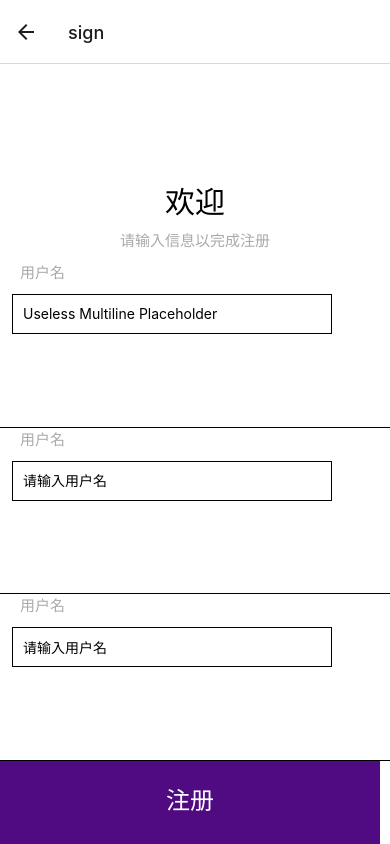
Repository: eyebone/barManager
Page: /sign
An editor plug-in stored every save of this project. The page is shown before and after the next save, followed by the edit.
The browser window is 390 px wide. The pictures show the whole page.
The app was drawn by React Native's web renderer in a window 390 px wide. The project was rebuilt for these pictures with package versions that can differ from the ones it lists, and the page was loaded fresh each time. Also part of the build but not shown: components/EmojiPicker.js, components/Button.js, components/ImageViewer.js, components/circleButton.js, components/IconButton.js, view/ViewOne.js.

Above is the page before, as saved 2023-06-26 10:31:04.

### App.js
// In App.js in a new project

import * as React from 'react';
import { Button, View, Text } from 'react-native';
import { NavigationContainer } from '@react-navigation/native';
import { createNativeStackNavigator } from '@react-navigation/native-stack';
import { ViewOne } from './view/ViewOne';
import { SignView } from './view/Sign';
//
function HomeScreen({ navigation }) {
  return (
    <View style={{ flex: 1, alignItems: 'center', justifyContent: 'center' }}>
      <Text>Home Screen</Text>
      <Button
        title="Go to Details"
        onPress={() => navigation.navigate('test')}
      />
      <Button
              title="Go to Sign"
              onPress={() => navigation.navigate('sign')}
            />
    </View>
  );
}

function DetailsScreen() {
  return (
    <View style={{ flex: 1, alignItems: 'center', justifyContent: 'center' }}>
      <Text>Details Screen</Text>
    </View>
  );
}

const Stack = createNativeStackNavigator();

function App() {
  return (
    <NavigationContainer>
      <Stack.Navigator>
        <Stack.Screen name="Home"
        component={HomeScreen} />
         <Stack.Screen name="test"
          component={ViewOne} />
          <Stack.Screen name="sign"
                    component={SignView} />
        </Stack.Navigator>
    </NavigationContainer>
  );
}

export default App;

### view/Sign.js
import { StatusBar } from "expo-status-bar";
import { StyleSheet, View, Text } from "react-native";
import Button from "../components/Button";
import ImageViewer from "../components/ImageViewer";
import * as ImagePicker from "expo-image-picker";
import { useState } from "react";
const PlaceholderImage = require("../assets/images/background-image.png");
import * as React from "react";
import {
  FlatList,
  Image,
  Platform,
  Pressable,
  PixelRatio,
  TextInput,
} from "react-native";

//import {Text } from 'react-native';

export function SignView() {
  const [value, onChangeText] = React.useState("Useless Multiline Placeholder");

  return (
    <View style={styles.container}>
      {/* <Image source={require("../assets/bar/Back.png")} /> */}
      <View style={styles.welcomeContainer}>
        <Text style={styles.welcomeText} numberOfLines={1}>
          欢迎
        </Text>
        <Text style={styles.infoText}>请输入信息以完成注册</Text>
      </View>
      <View style={styles.inputBar}>
        <Text style={styles.smallText}>用户名</Text>
        <TextInput
          maxLength={40}
          onChangeText={(text) => onChangeText(text)}
          value={value}
          style={styles.input}
          placeholder="请输入用户名"
          //          onChangeText={onChange}
        />
      </View>
      <View style={styles.inputBar}>
        <Text style={styles.smallText}>用户名</Text>
        <TextInput
          style={styles.input}
          placeholder="请输入用户名"
          //          onChangeText={onChange}
        />
      </View>
      <View style={styles.inputBar}>
        <Text editable style={styles.smallText}>
          用户名
        </Text>
        <TextInput
          style={styles.input}
          placeholder="请输入用户名"
          //          onChangeText={onChange}
        />
      </View>
      <View style={styles.footerContainer}>
        <Text style={styles.regText}>注册</Text>
      </View>
    </View>
  );
}

const styles = StyleSheet.create({
  container: {
    flex: 1,
    flexDirection: "column",
    backgroundColor: "#fff",
    //    alignItems: 'center',
  },
  welcomeContainer: {
    flex: 1,
    backgroundColor: "#fff",
    alignItems: "center",
    marginTop: 114,
    height: 60,
  },
  welcomeText: {
    fontSize: PixelRatio.getFontScale() * 30,
    //    fontFamily: STKaiti,
  },
  infoText: {
    color: "#aaa",
    fontSize: PixelRatio.getFontScale() * 15,
    lineHeight: 38,
  },
  imageContainer: {
    flex: 1,
    paddingTop: 58,
  },
  smallText: {
    fontSize: PixelRatio.getFontScale() * 15,
    color: "#aaa",
    marginLeft: 20,
  },
  footerContainer: {
    flex: 1,
    alignItems: "center",
    backgroundColor: "#500B82",
    width: 380,
    height: 57,
    bottom: 0,
    //      marginTop: 600,
    //      paddingTop: 737,
  },
  inputBar: {
    flex: 2,
    borderBottomColor: "#000",
    borderBottomWidth: 1,
  },
  regText: {
    fontSize: PixelRatio.getFontScale() * 24,
    color: "#fff",
    margin: 20,
  },
  input: {
    height: 40,
    margin: 12,
    borderWidth: 1,
    padding: 10,
    width: 320,
  },
});

After the next save:
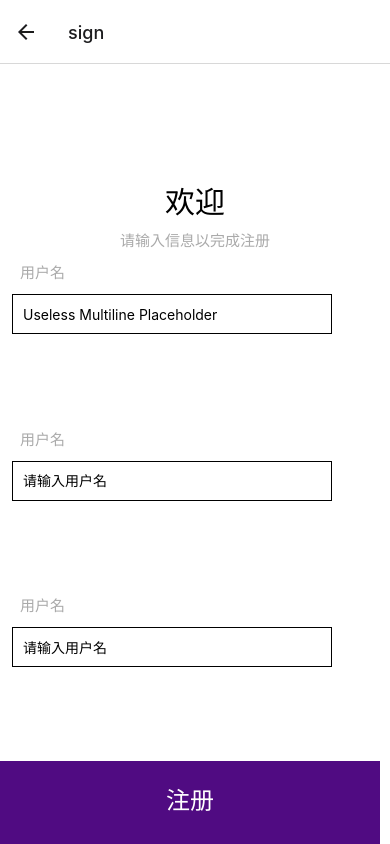
Saved 39 s later.
--- a/view/Sign.js
+++ b/view/Sign.js
@@ -109,8 +109,8 @@ const styles = StyleSheet.create({
   },
   inputBar: {
     flex: 2,
-    borderBottomColor: "#000",
-    borderBottomWidth: 1,
+    // borderBottomColor: "#000",
+    // borderBottomWidth: 1,
   },
   regText: {
     fontSize: PixelRatio.getFontScale() * 24,
